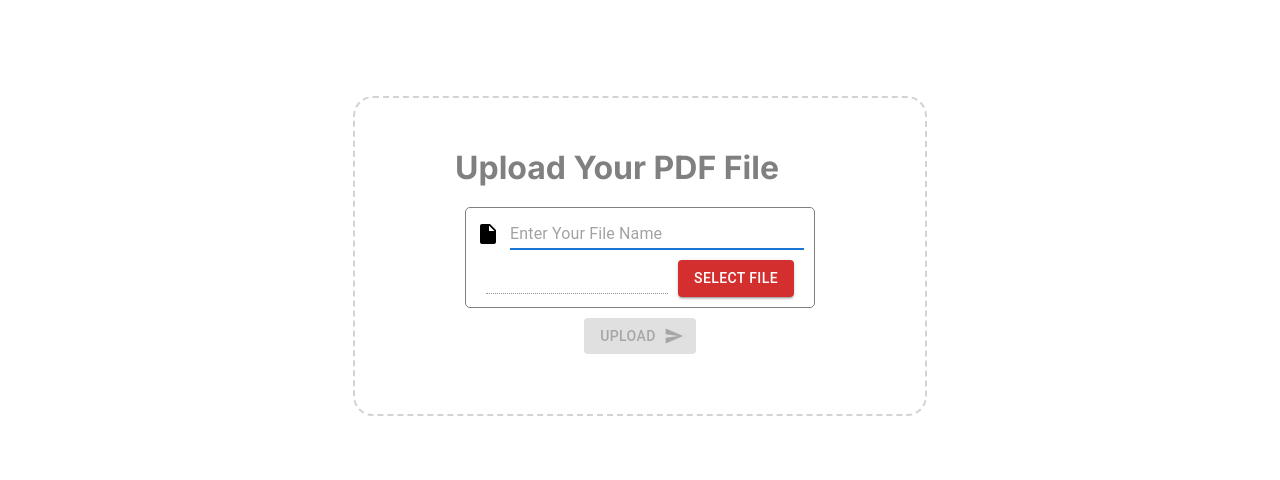
Repository: BhushanPatil-121/pdf-upload-nextjs
Page: /
These files come from the project's save history. The page is drawn as it stood at one moment and after the next save; the edit follows.
The browser window is 1280 px wide. The pictures show the whole page.
The project was rebuilt for these pictures with package versions that can differ from the ones it lists, and the page was loaded fresh each time. The framework's server and built-in components were replaced by stand-ins that run in the browser. Also part of the build but not shown: next.config.mjs.

Above is the page before, as saved 2024-02-29 11:06:18.

### src/app/page.tsx
"use client"
import styles from "./page.module.css";
import { styled } from '@mui/material/styles';
import Button from '@mui/material/Button';
import CloudUploadIcon from '@mui/icons-material/CloudUpload';
import { useState } from 'react';
import { Alert, Box, Stack, TextField } from "@mui/material";
import InsertDriveFileIcon from '@mui/icons-material/InsertDriveFile';
import SendIcon from '@mui/icons-material/Send';
import LoadingButton from '@mui/lab/LoadingButton';
import { CloudDownload } from "@mui/icons-material";

const VisuallyHiddenInput = styled('input')({
  clip: 'rect(0 0 0 0)',
  clipPath: 'inset(50%)',
  height: 1,
  overflow: 'hidden',
  position: 'absolute',
  bottom: 0,
  left: 0,
  whiteSpace: 'nowrap',
  width: 1,
});

export default function Home() {
  const [loading, setLoading] = useState(false);
  const [uploading, setUploding] = useState(false);
  const [fileName, setFileName] = useState<string>("")
  const [defaultFileName, setDefaultFileName] = useState<string>("")
  const [file, setFile] = useState<string>("")
  function handleClick(e: any) {
    setLoading(true);
    setTimeout(() => setLoading(false), 3000);
    setTimeout(() => {
      setUploding(true)
      setFileName("")
      setFile("")
    }, 3000);
    setTimeout(() => setUploding(false), 6000);
    e.preventDefault();
    let formData = new FormData();
    formData.append('filename', fileName);
    formData.append('file', file);
    console.log(fileName, file);
  }
  return (
    <main className={styles.main}>
      <div className={styles.mainContainer}>
        <h1 className={styles.mainHeading}>Upload Your PDF File</h1>
        <form className={styles.mainForm}>
          <div className={styles.mainFormContainer}>
            <div className={styles.mainFormSubContainer1}>
              <InsertDriveFileIcon />
              <Box sx={{width:'100%'}}>
              <TextField
                id="standard-basic"
                fullWidth
                placeholder="Enter Your File Name"
                value={fileName}
                autoFocus
                onChange={(e) => { setFileName(e.target.value) }}
                variant="standard" />
              </Box>
            </div>
            <div className={styles.mainFormSubContainer2}>
              <TextField
                id="standard-multiline-static"
                multiline
                rows={1}
                disabled
                variant="standard"
                value={defaultFileName}
              />
              <Button
                component="label"
                role={undefined}
                variant="contained"
                tabIndex={-1}
                color={file ? "success" : "error"}
                onChange={(e: any) => {
                  setFile(e.target.files[0]);
                  setDefaultFileName(e.target.files[0].name);
                }}>Select file
                <VisuallyHiddenInput type="file" accept="application/pdf" />
              </Button>
            </div>
          </div>
          <LoadingButton
            onClick={handleClick}
            endIcon={<SendIcon />}
            loading={loading}
            disabled={fileName.length < 1}
            loadingPosition="end"
            variant="contained">
            {
              loading ? "Uploading..." : "Upload"
            }
          </LoadingButton>
        </form>
      </div>
      {
        uploading &&
        <Stack sx={{ width: '50%' }} spacing={2}>
          <Alert variant="filled" severity="success">
            File Upload Successfully
          </Alert>
        </Stack>
      }
    </main>
  );
}

### src/app/globals.css


* {
  box-sizing: border-box;
  padding: 0;
  margin: 0;
}

html,
body {
  max-width: 100vw;
  overflow-x: hidden;
}


a {
  color: inherit;
  text-decoration: none;
}

### src/app/page.module.css
.main {
  display: flex;
  flex-direction: column;
  justify-content: start;
  gap: 20px;
  align-items: center;
  padding: 6rem;
  min-height: 100vh;
}

.mainContainer {
  width: 10
  display: flex;
  flex-direction: column;
  justify-content: center;
  align-items: center;
  padding: 50px 100px;
  border-radius: 20px;
  border: dashed 2px lightgrey;
}

.mainHeading {
  color: grey;
}

.mainForm {
  display: flex;
  flex-direction: column;
  align-items: center;
  justify-content: center;
  width: 100%;
  padding: 10px;
  border-radius: 10px;
}

.mainFormContainer {
  display: flex;
  flex-direction: column;
  align-items: center;
  justify-content: center;
  width: 100%;
  height: 100%;
  border: 1px solid grey;
  border-radius: 5px;
  padding: 10px;
  gap: 10px;
  margin: 10px;
}

.mainFormSubContainer1 {
  display: flex;
  flex-direction: row;
  align-items: center;
  justify-content: center;
  gap: 10px;
  width: 100%;
}

.mainFormSubContainer2 {
  display: flex;
  flex-direction: row;
  align-items: center;
  justify-content: center;
  gap: 10px;
  width: 100%;

}

Loaded but not shown: src/app/layout.tsx (common file)

After the next save:
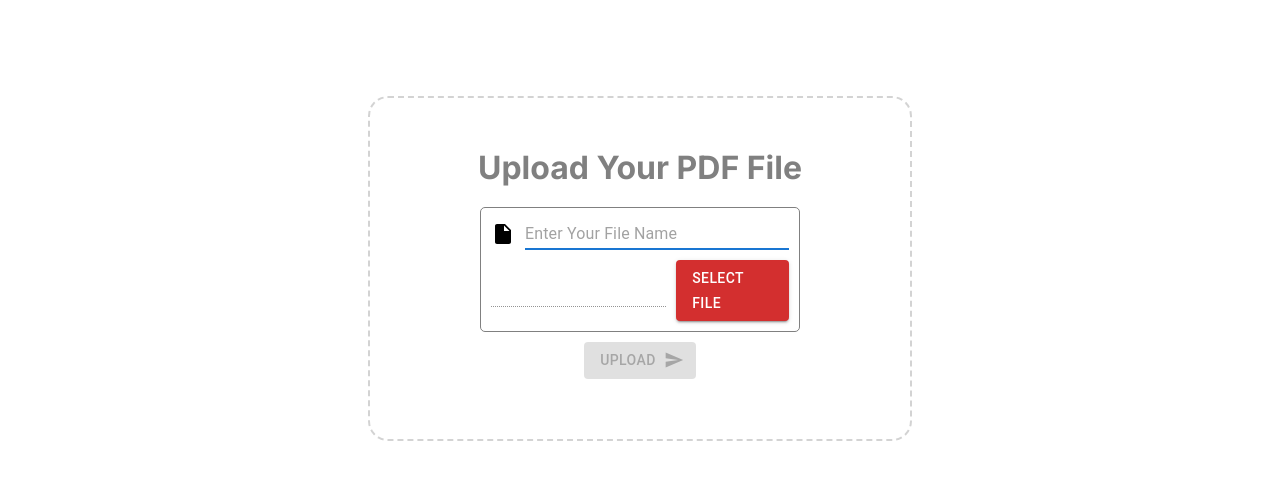
Saved 5 s later.
--- a/src/app/page.module.css
+++ b/src/app/page.module.css
@@ -9,7 +9,7 @@
 }
 
 .mainContainer {
-  width: 10
+  width: 50%;
   display: flex;
   flex-direction: column;
   justify-content: center;
